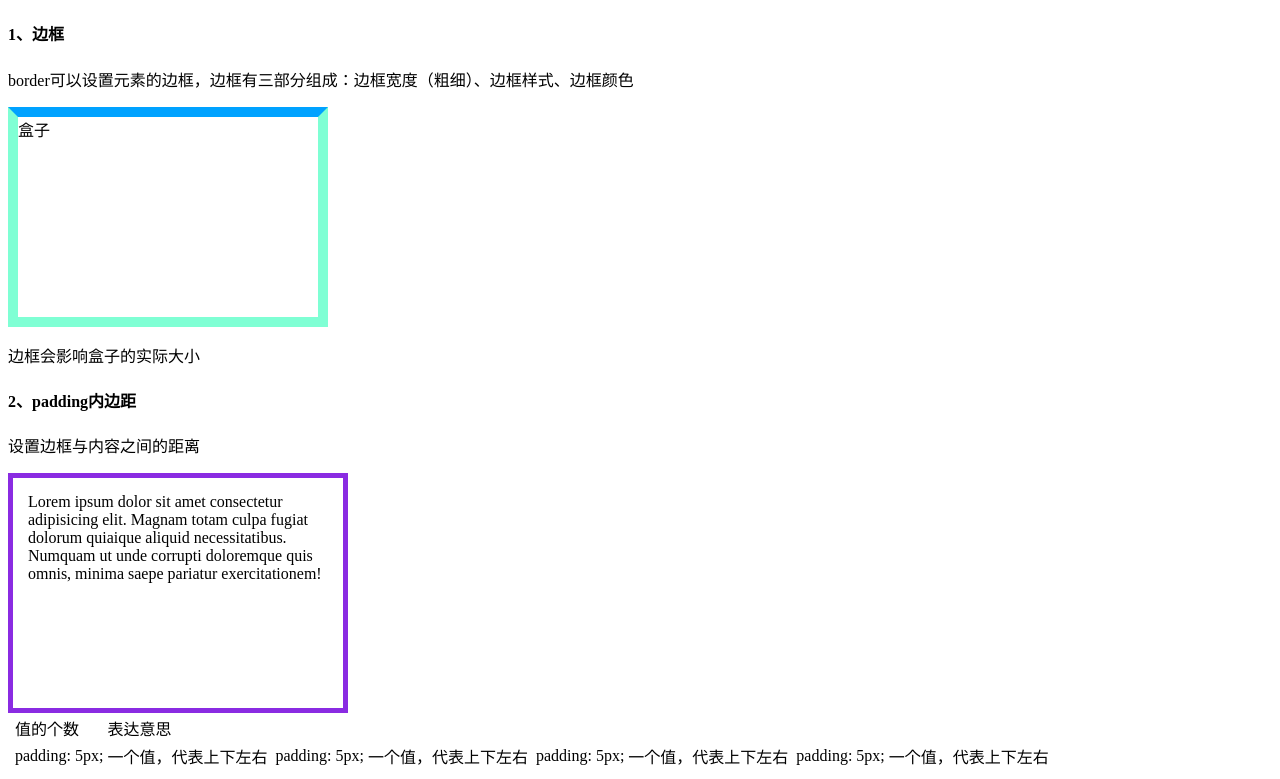
Repository: zhengdeya/web-based
Page: 27-盒子模型.html
These files come from the project's save history. The page is drawn as it stood at one moment and after the next save; the edit follows.
The browser window is 1280 px wide. The pictures show the whole page.

Above is the page before, as saved 2021-04-09 16:25:59.

After the next save:
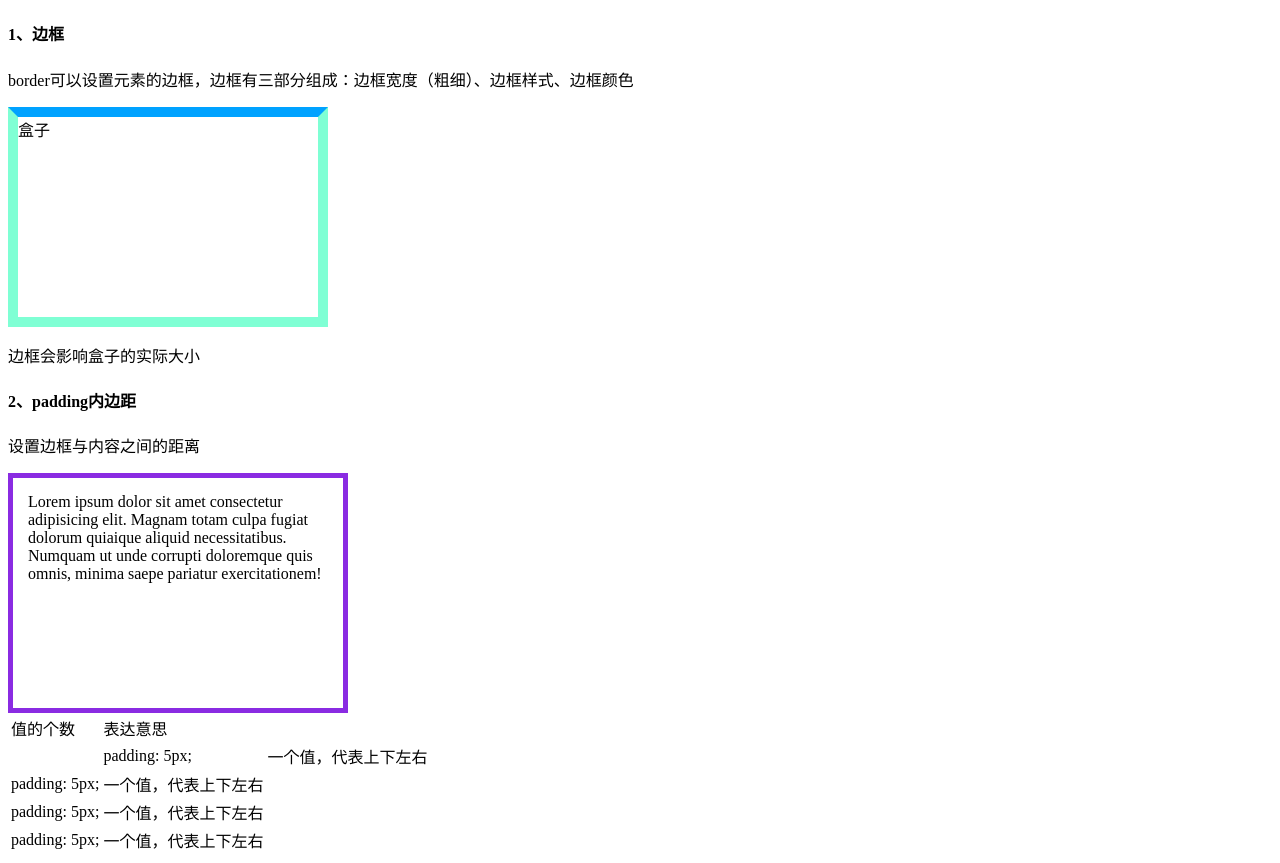
Saved 83 s later.
--- a/27-盒子模型.html
+++ b/27-盒子模型.html
@@ -64,10 +64,10 @@
         unde corrupti doloremque quis omnis, minima saepe pariatur exercitationem!</div>
     <table class="">
         <thead>
-            <th>
-            <td>值的个数</td>
-            <td>表达意思</td>
-            </th>
+            <tr>
+                <td>值的个数</td>
+                <td>表达意思</td>
+            </tr>
         </thead>
         <tbody>
             <th>
@@ -78,30 +78,30 @@
                 一个值，代表上下左右
             </td>
             </th>
-            <th>
-            <td>
-                padding: 5px;
-            </td>
-            <td>
-                一个值，代表上下左右
-            </td>
-            </th>
-            <th>
-            <td>
-                padding: 5px;
-            </td>
-            <td>
-                一个值，代表上下左右
-            </td>
-            </th>
-            <th>
-            <td>
-                padding: 5px;
-            </td>
-            <td>
-                一个值，代表上下左右
-            </td>
-            </th>
+            <tr>
+                <td>
+                    padding: 5px;
+                </td>
+                <td>
+                    一个值，代表上下左右
+                </td>
+            </tr>
+            <tr>
+                <td>
+                    padding: 5px;
+                </td>
+                <td>
+                    一个值，代表上下左右
+                </td>
+            </tr>
+            <tr>
+                <td>
+                    padding: 5px;
+                </td>
+                <td>
+                    一个值，代表上下左右
+                </td>
+            </tr>
         </tbody>
     </table>
 </body>
